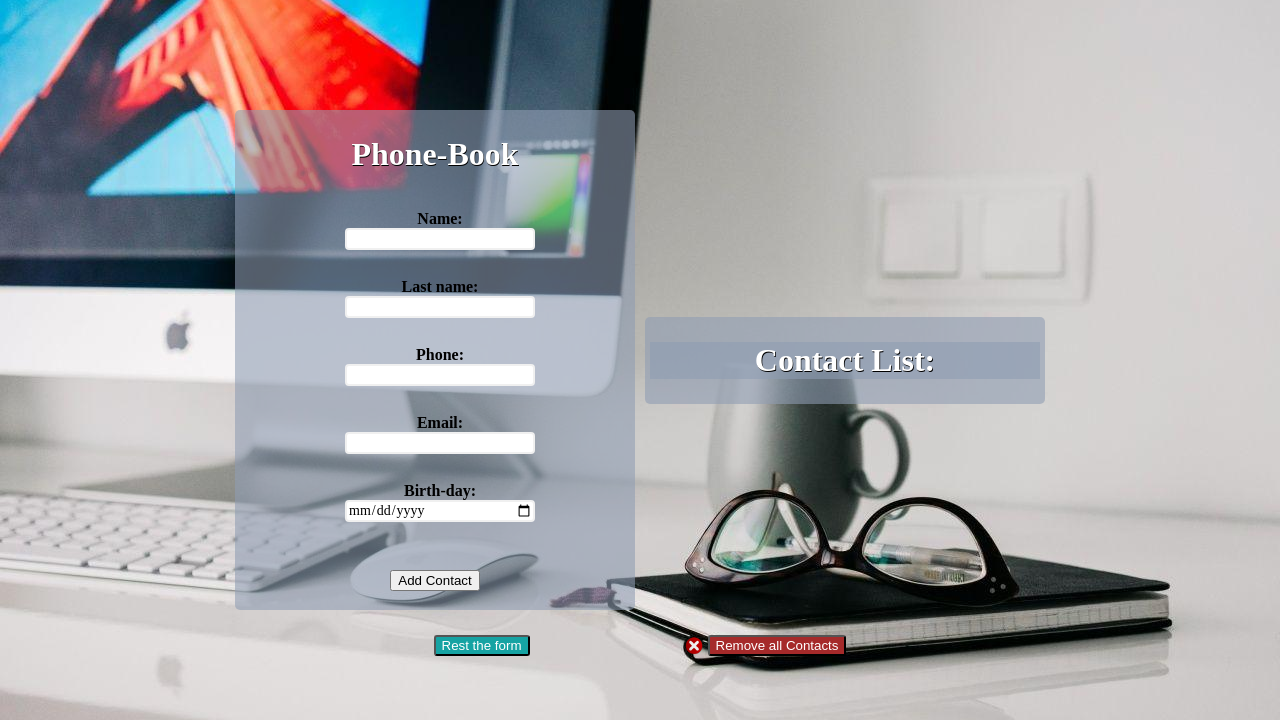
Repository: STA1357/Phone-book
Page: Inner.html
These files come from the project's save history. The page is drawn as it stood at one moment and after a run of saves; the edit follows.
The browser window is 1280 px wide. The pictures show the whole page.

Above is the page before, as saved 2020-12-12 18:09:14.

After the next 2 saves:
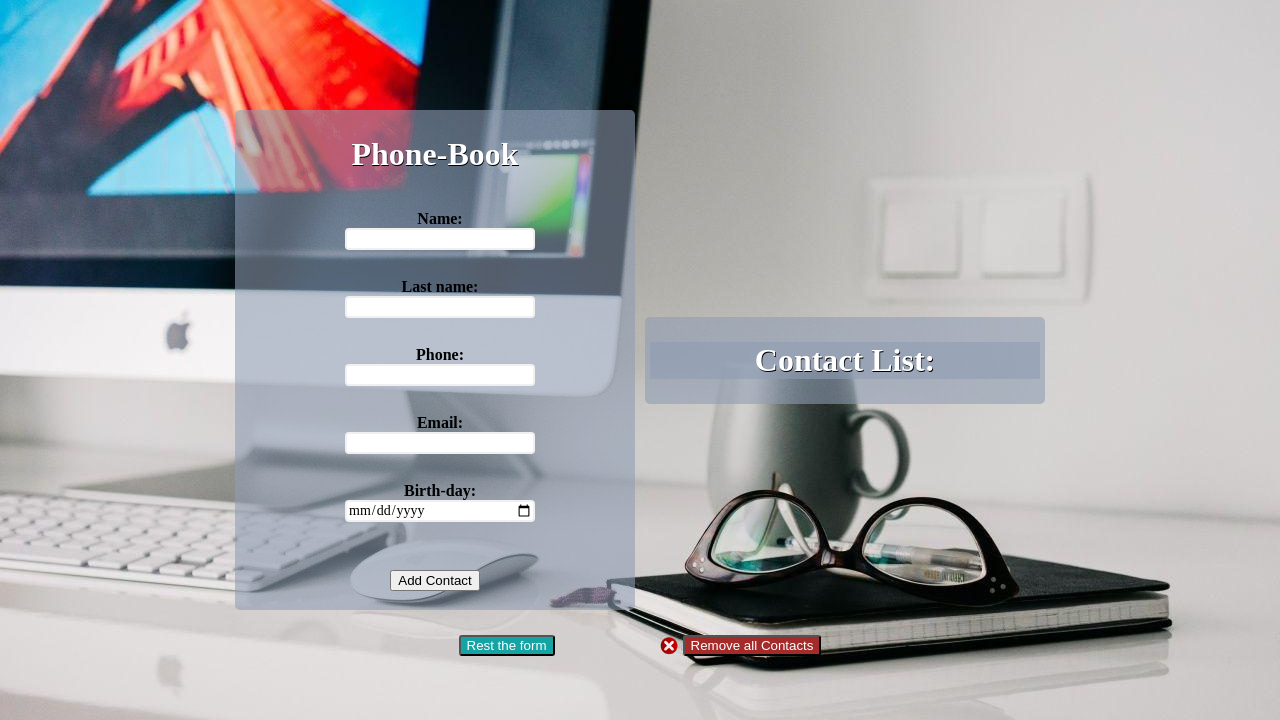
The 2 saves are shown as one change because they came seconds apart.
The last was saved 6 s later.
--- a/styles.css
+++ b/styles.css
@@ -102,7 +102,7 @@ label{
     width: 20px;
     height: 20px;
     margin-bottom: -6px;
-    margin-left: 150px;
+    margin-left: 100px;
 }
 
 .btn{
